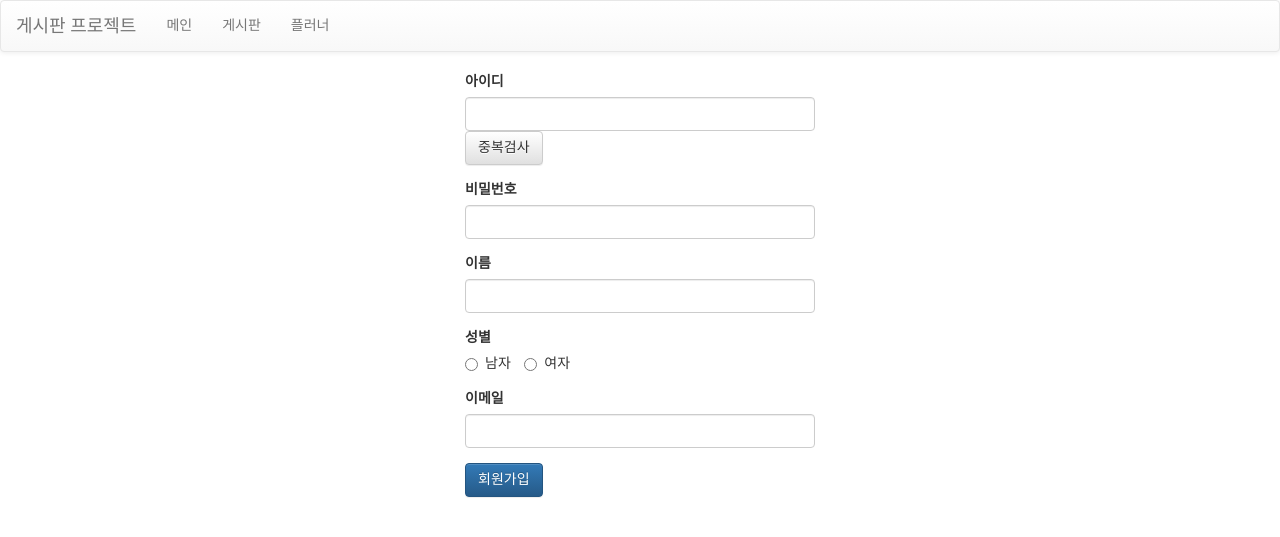
Repository: Seok7975/JSP-Education
Page: http://localhost/ToDoList공유_게시판_ver3/join.jsp
An editor plug-in stored every save of this project. The page is shown before and after the next save, followed by the edit.
The browser window is 1280 px wide. The pictures show the whole page.
Some web fonts or font styles are not loaded; a fallback is used. Some web libraries are served in a nearby version. The page is served by Tomcat 9. Other server files are loaded and not shown.

Above is the page before, as saved 2024-06-20 08:54:06.

### List_Projects_ver3/ToDoList공유 게시판_ver3/src/main/webapp/join.jsp
<%@ page language="java" contentType="text/html; charset=UTF-8"
    pageEncoding="UTF-8"%>
<%
    String idCheckResult = request.getParameter("idCheckResult");
    String userId = request.getParameter("userId");
    String password = request.getParameter("password");
    String name = request.getParameter("name");
    String gender = request.getParameter("gender");
    String email = request.getParameter("email");
%>
<!DOCTYPE html>
<html>
<head>
<meta http-equiv="Content-Type" content="text/html; charset=UTF-8">
<meta name="viewport" content="width=device-width, initial-scale=1">
<!-- Latest compiled and minified CSS -->
<link rel="stylesheet" href="https://cdn.jsdelivr.net/npm/bootstrap@3.3.7/dist/css/bootstrap.min.css" integrity="sha384-BVYiiSIFeK1dGmJRAkycuHAHRg32OmUcww7on3RYdg4Va+PmSTsz/K68vbdEjh4u" crossorigin="anonymous">
<!-- Optional theme -->
<link rel="stylesheet" href="https://cdn.jsdelivr.net/npm/bootstrap@3.3.7/dist/css/bootstrap-theme.min.css" integrity="sha384-rHyoN1iRsVXV4nD0JutlnGaslCJuC7uwjduW9SVrLvRYooPp2bWYgmgJQIXwl/Sp" crossorigin="anonymous">
<!-- jQuery (necessary for Bootstrap's JavaScript plugins) -->
<script src="https://code.jquery.com/jquery-3.1.1.min.js"></script>
<!-- Latest compiled and minified JavaScript -->
<script src="https://cdn.jsdelivr.net/npm/bootstrap@3.3.7/dist/js/bootstrap.min.js" integrity="sha384-Tc5IQib027qvyjSMfHjOMaLkfuWVxZxUPnCJA7l2mCWNIpG9mGCD8wGNIcPD7Txa" crossorigin="anonymous"></script>
<link rel="stylesheet" href="css/jumbotronCustom.css">
<title>JSP 게시판 웹 사이트</title>
</head>
<body>
    <nav class="navbar navbar-default">
        <div class="container-fluid">
            <div class="navbar-header">
                <button type="button" class="navbar-toggle collapsed" data-toggle="collapse" data-target="#bs-example-navbar-collapse-1" aria-expanded="false">
                    <span class="sr-only">Toggle navigation</span>
                    <span class="icon-bar"></span>
                    <span class="icon-bar"></span>
                    <span class="icon-bar"></span>
                </button>
                <a class="navbar-brand" href="#">게시판 프로젝트</a>
            </div>
            <div class="collapse navbar-collapse" id="bs-example-navbar-collapse-1">
                <ul class="nav navbar-nav">
                    <li><a href="#">메인</a></li>
                    <li><a href="#">게시판</a></li>
                    <li><a href="#">플러너</a></li>
                </ul>
            </div>
        </div>
    </nav>
    <div class="container">
        <div class="col-md-4 col-md-offset-4">
            <form action="joinAction.jsp" method="post">
                <div class="form-group">
                    <label for="userId">아이디</label>
                    <input type="text" class="form-control" id="userId" name="userId" value="<%= userId != null ? userId : "" %>">
                    <button type="button" class="btn btn-default" onclick="checkId()">중복검사</button>
                    <span id="idCheckResult"><%= idCheckResult != null ? idCheckResult : "" %></span>
                </div>
                <div class="form-group">
                    <label for="password">비밀번호</label>
                    <input type="password" class="form-control" id="password" name="password" value="<%= password != null ? password : "" %>">
                </div>
                <div class="form-group">
                    <label for="name">이름</label>
                    <input type="text" class="form-control" id="name" name="name" value="<%= name != null ? name : "" %>">
                </div>
                <div class="form-group">
                    <label for="gender">성별</label>
                    <div>
                        <label class="radio-inline">
                            <input type="radio" name="gender" value="남자" <%= "남자".equals(gender) ? "checked" : "" %>> 남자
                        </label>
                        <label class="radio-inline">
                            <input type="radio" name="gender" value="여자" <%= "여자".equals(gender) ? "checked" : "" %>> 여자
                        </label>
                    </div>
                </div>
                <div class="form-group">
                    <label for="email">이메일</label>
                    <input type="email" class="form-control" id="email" name="email" value="<%= email != null ? email : "" %>">
                </div>
                <button type="submit" class="btn btn-primary">회원가입</button>
            </form>
        </div>
    </div>
    <script>
        function checkId() {
            var userId = document.getElementById("userId").value;
            if (userId) {
                window.location.href = "checkId.jsp?userId=" + userId;
            } else {
                alert("아이디를 입력하세요.");
            }
        }
    </script>
</body>
</html>

### List_Projects_ver3/ToDoList공유 게시판_ver3/src/main/webapp/css/jumbotronCustom.css

@import url(http://fonts.googleapis.com/earlyaccess/nanumgothic.css);
@import url(http://fonts.googleapis.com/earlyaccess/hanna.css);
* {
	font-family : 'Nanum Gothic';
}

h1 {
	font-family : 'Hanna';
}

After the next save:
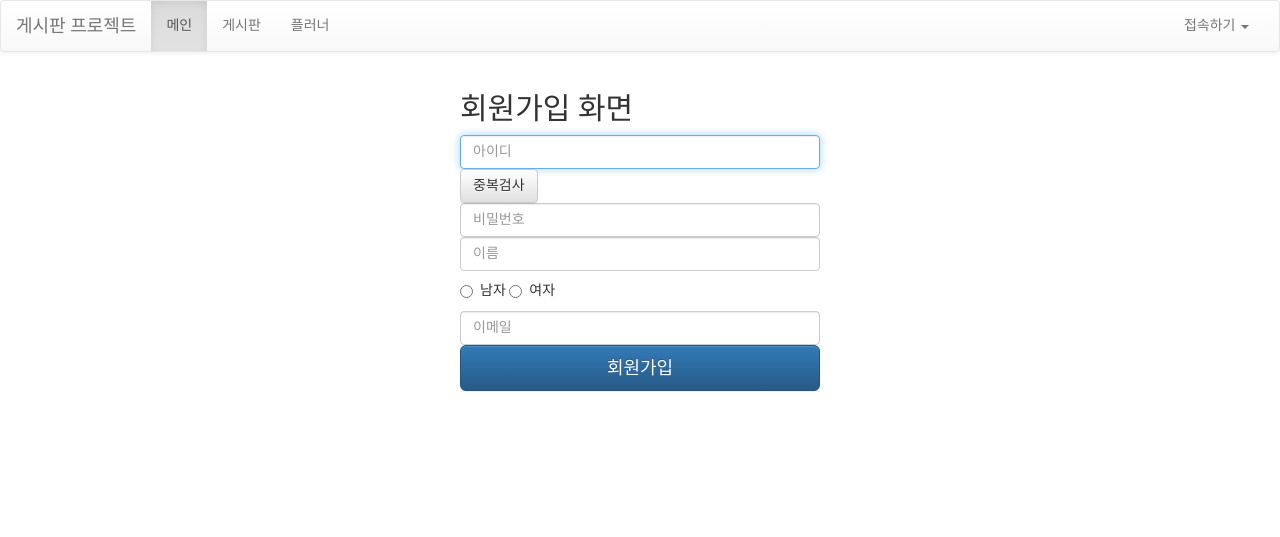
Saved 30 s later.
--- a/List_Projects_ver3/ToDoList공유 게시판_ver3/src/main/webapp/join.jsp
+++ b/List_Projects_ver3/ToDoList공유 게시판_ver3/src/main/webapp/join.jsp
@@ -38,58 +38,51 @@
             </div>
             <div class="collapse navbar-collapse" id="bs-example-navbar-collapse-1">
                 <ul class="nav navbar-nav">
-                    <li><a href="#">메인</a></li>
+                    <li class="active"><a href="#">메인 <span class="sr-only">(current)</span></a></li>
                     <li><a href="#">게시판</a></li>
                     <li><a href="#">플러너</a></li>
+                </ul>
+                <ul class="nav navbar-nav navbar-right">
+                    <li class="dropdown">
+                        <a href="#" class="dropdown-toggle" data-toggle="dropdown" role="button" aria-haspopup="true" aria-expanded="false">접속하기 <span class="caret"></span></a>
+                        <ul class="dropdown-menu">
+                            <li><a href="#">로그인</a></li>
+                            <li><a href="#">회원가입</a></li>
+                        </ul>
+                    </li>
                 </ul>
             </div>
         </div>
     </nav>
     <div class="container">
-        <div class="col-md-4 col-md-offset-4">
-            <form action="joinAction.jsp" method="post">
-                <div class="form-group">
-                    <label for="userId">아이디</label>
-                    <input type="text" class="form-control" id="userId" name="userId" value="<%= userId != null ? userId : "" %>">
-                    <button type="button" class="btn btn-default" onclick="checkId()">중복검사</button>
-                    <span id="idCheckResult"><%= idCheckResult != null ? idCheckResult : "" %></span>
-                </div>
-                <div class="form-group">
-                    <label for="password">비밀번호</label>
-                    <input type="password" class="form-control" id="password" name="password" value="<%= password != null ? password : "" %>">
-                </div>
-                <div class="form-group">
-                    <label for="name">이름</label>
-                    <input type="text" class="form-control" id="name" name="name" value="<%= name != null ? name : "" %>">
-                </div>
-                <div class="form-group">
-                    <label for="gender">성별</label>
-                    <div>
-                        <label class="radio-inline">
-                            <input type="radio" name="gender" value="남자" <%= "남자".equals(gender) ? "checked" : "" %>> 남자
+        <div class="row">
+            <div class="col-md-4 col-md-offset-4">
+                <form action="joinAction.jsp" method="post">
+                    <h2 class="form-signin-heading">회원가입 화면</h2>
+                    <label for="userId" class="sr-only">아이디</label>
+                    <input type="text" id="userId" name="userId" class="form-control" placeholder="아이디" required autofocus value="<%= userId != null ? userId : "" %>">
+                    <button type="button" class="btn btn-default" onclick="location.href='checkId.jsp?userId=' + document.getElementById('userId').value">중복검사</button>
+                    <% if (idCheckResult != null) { %>
+                        <span style="margin-left: 10px;"><%= idCheckResult %></span>
+                    <% } %>
+                    <label for="password" class="sr-only">비밀번호</label>
+                    <input type="password" id="password" name="password" class="form-control" placeholder="비밀번호" required value="<%= password != null ? password : "" %>">
+                    <label for="name" class="sr-only">이름</label>
+                    <input type="text" id="name" name="name" class="form-control" placeholder="이름" required value="<%= name != null ? name : "" %>">
+                    <div class="radio">
+                        <label>
+                            <input type="radio" name="gender" id="male" value="남자" <%= "남자".equals(gender) ? "checked" : "" %>> 남자
                         </label>
-                        <label class="radio-inline">
-                            <input type="radio" name="gender" value="여자" <%= "여자".equals(gender) ? "checked" : "" %>> 여자
+                        <label>
+                            <input type="radio" name="gender" id="female" value="여자" <%= "여자".equals(gender) ? "checked" : "" %>> 여자
                         </label>
                     </div>
-                </div>
-                <div class="form-group">
-                    <label for="email">이메일</label>
-                    <input type="email" class="form-control" id="email" name="email" value="<%= email != null ? email : "" %>">
-                </div>
-                <button type="submit" class="btn btn-primary">회원가입</button>
-            </form>
+                    <label for="email" class="sr-only">이메일</label>
+                    <input type="email" id="email" name="email" class="form-control" placeholder="이메일" required value="<%= email != null ? email : "" %>">
+                    <button class="btn btn-lg btn-primary btn-block" type="submit">회원가입</button>
+                </form>
+            </div>
         </div>
     </div>
-    <script>
-        function checkId() {
-            var userId = document.getElementById("userId").value;
-            if (userId) {
-                window.location.href = "checkId.jsp?userId=" + userId;
-            } else {
-                alert("아이디를 입력하세요.");
-            }
-        }
-    </script>
 </body>
 </html>

After the save that followed:
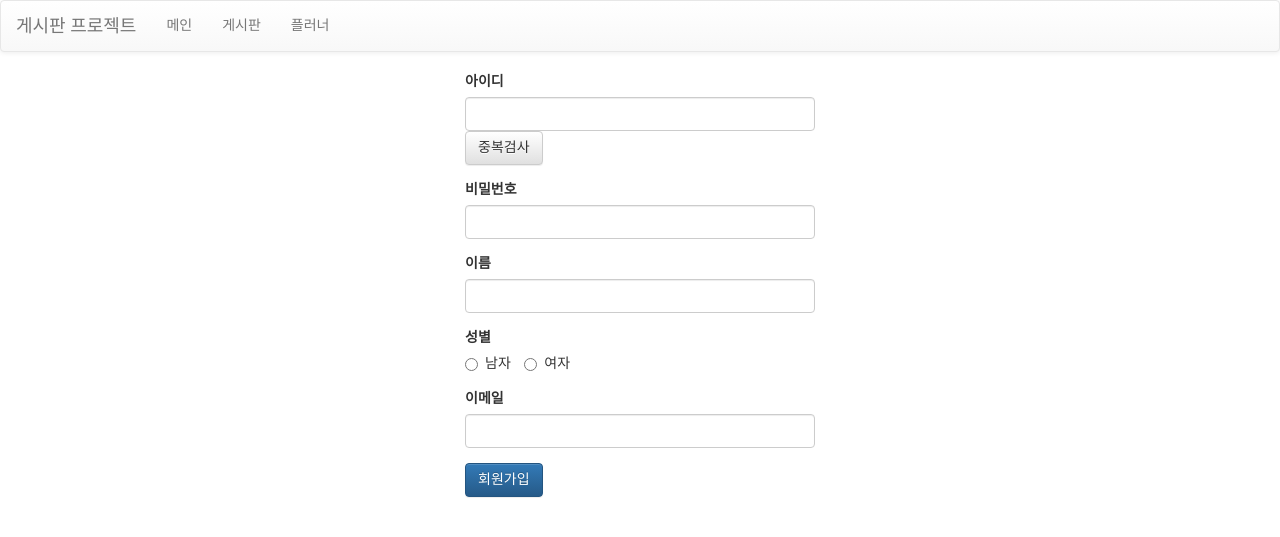
Saved 29 s later.
--- a/List_Projects_ver3/ToDoList공유 게시판_ver3/src/main/webapp/join.jsp
+++ b/List_Projects_ver3/ToDoList공유 게시판_ver3/src/main/webapp/join.jsp
@@ -38,51 +38,58 @@
             </div>
             <div class="collapse navbar-collapse" id="bs-example-navbar-collapse-1">
                 <ul class="nav navbar-nav">
-                    <li class="active"><a href="#">메인 <span class="sr-only">(current)</span></a></li>
+                    <li><a href="#">메인</a></li>
                     <li><a href="#">게시판</a></li>
                     <li><a href="#">플러너</a></li>
-                </ul>
-                <ul class="nav navbar-nav navbar-right">
-                    <li class="dropdown">
-                        <a href="#" class="dropdown-toggle" data-toggle="dropdown" role="button" aria-haspopup="true" aria-expanded="false">접속하기 <span class="caret"></span></a>
-                        <ul class="dropdown-menu">
-                            <li><a href="#">로그인</a></li>
-                            <li><a href="#">회원가입</a></li>
-                        </ul>
-                    </li>
                 </ul>
             </div>
         </div>
     </nav>
     <div class="container">
-        <div class="row">
-            <div class="col-md-4 col-md-offset-4">
-                <form action="joinAction.jsp" method="post">
-                    <h2 class="form-signin-heading">회원가입 화면</h2>
-                    <label for="userId" class="sr-only">아이디</label>
-                    <input type="text" id="userId" name="userId" class="form-control" placeholder="아이디" required autofocus value="<%= userId != null ? userId : "" %>">
-                    <button type="button" class="btn btn-default" onclick="location.href='checkId.jsp?userId=' + document.getElementById('userId').value">중복검사</button>
-                    <% if (idCheckResult != null) { %>
-                        <span style="margin-left: 10px;"><%= idCheckResult %></span>
-                    <% } %>
-                    <label for="password" class="sr-only">비밀번호</label>
-                    <input type="password" id="password" name="password" class="form-control" placeholder="비밀번호" required value="<%= password != null ? password : "" %>">
-                    <label for="name" class="sr-only">이름</label>
-                    <input type="text" id="name" name="name" class="form-control" placeholder="이름" required value="<%= name != null ? name : "" %>">
-                    <div class="radio">
-                        <label>
-                            <input type="radio" name="gender" id="male" value="남자" <%= "남자".equals(gender) ? "checked" : "" %>> 남자
+        <div class="col-md-4 col-md-offset-4">
+            <form action="joinAction.jsp" method="post">
+                <div class="form-group">
+                    <label for="userId">아이디</label>
+                    <input type="text" class="form-control" id="userId" name="userId" value="<%= userId != null ? userId : "" %>">
+                    <button type="button" class="btn btn-default" onclick="checkId()">중복검사</button>
+                    <span id="idCheckResult"><%= idCheckResult != null ? idCheckResult : "" %></span>
+                </div>
+                <div class="form-group">
+                    <label for="password">비밀번호</label>
+                    <input type="password" class="form-control" id="password" name="password" value="<%= password != null ? password : "" %>">
+                </div>
+                <div class="form-group">
+                    <label for="name">이름</label>
+                    <input type="text" class="form-control" id="name" name="name" value="<%= name != null ? name : "" %>">
+                </div>
+                <div class="form-group">
+                    <label for="gender">성별</label>
+                    <div>
+                        <label class="radio-inline">
+                            <input type="radio" name="gender" value="남자" <%= "남자".equals(gender) ? "checked" : "" %>> 남자
                         </label>
-                        <label>
-                            <input type="radio" name="gender" id="female" value="여자" <%= "여자".equals(gender) ? "checked" : "" %>> 여자
+                        <label class="radio-inline">
+                            <input type="radio" name="gender" value="여자" <%= "여자".equals(gender) ? "checked" : "" %>> 여자
                         </label>
                     </div>
-                    <label for="email" class="sr-only">이메일</label>
-                    <input type="email" id="email" name="email" class="form-control" placeholder="이메일" required value="<%= email != null ? email : "" %>">
-                    <button class="btn btn-lg btn-primary btn-block" type="submit">회원가입</button>
-                </form>
-            </div>
+                </div>
+                <div class="form-group">
+                    <label for="email">이메일</label>
+                    <input type="email" class="form-control" id="email" name="email" value="<%= email != null ? email : "" %>">
+                </div>
+                <button type="submit" class="btn btn-primary">회원가입</button>
+            </form>
         </div>
     </div>
+    <script>
+        function checkId() {
+            var userId = document.getElementById("userId").value;
+            if (userId) {
+                window.location.href = "checkId.jsp?userId=" + userId;
+            } else {
+                alert("아이디를 입력하세요.");
+            }
+        }
+    </script>
 </body>
 </html>
